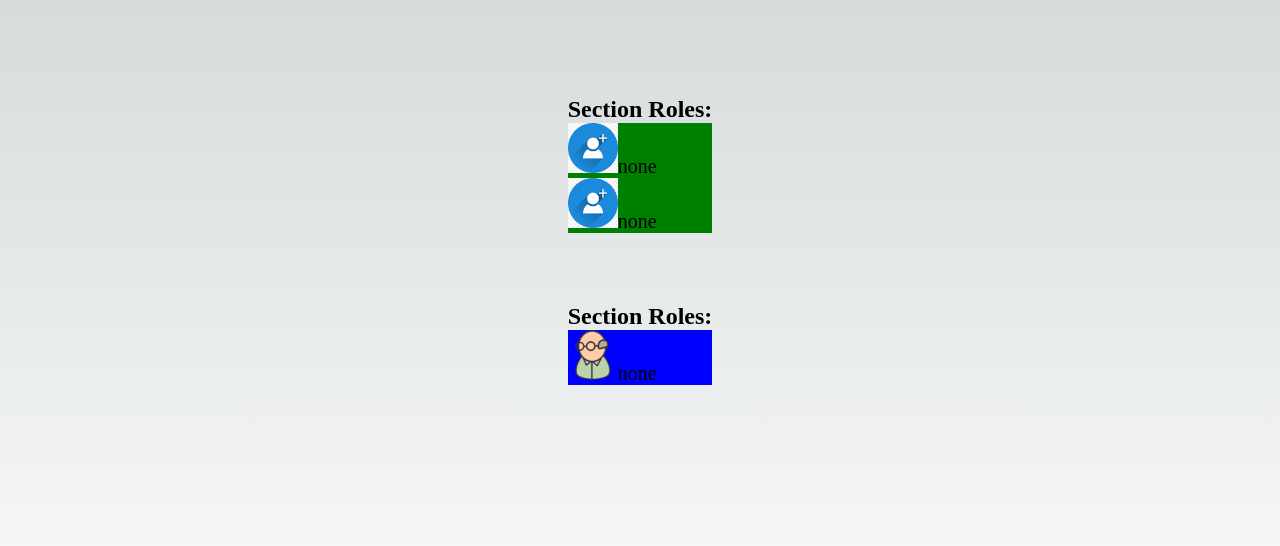
Repository: anikagrewal/week3example
Page: /about
An editor plug-in stored every save of this project. The page is shown before and after the next save, followed by the edit.
The browser window is 1280 px wide. The pictures show the whole page.
The project was rebuilt for these pictures with package versions that can differ from the ones it lists, and the page was loaded fresh each time. The framework's server and built-in components were replaced by stand-ins that run in the browser. Also part of the build but not shown: next.config.js.

Above is the page before, as saved 2023-01-19 12:50:20.

### pages/about.js
import Head from 'next/head'
import Image from 'next/image'
import { Inter } from '@next/font/google'
import styles from '@/styles/Home.module.css'
import data from '../data/workplace.json'
import { useState } from 'react'
import Cardtwo from '../components/Card'

const inter = Inter({ subsets: ['latin'] })

console.log(data);
export default function About() {

    const [details, setDetails] = useState([...data])

    return (
        <>
        <Head>
        <title>About Page</title>
        <meta name="description" content="Generated by create next app" />
        <meta name="viewport" content="width=device-width, initial-scale=1" />
        <link rel="icon" href="/favicon.ico" />
      </Head>
<main className={styles.main}>
<div className={styles.grid}>
<div className={styles.gridlayout}>
<div>
<h2 className={styles.busdeg}>Section Roles: </h2>
{details && details.map((details, workplace) => {
  if(details.section === "Frontend Developer") {
    return (
      <Cardtwo key={workplace} role={details.role} colour="green" font="20px"/>
    )
  }


})}
</div>

<div>
<h2 className={styles.busdeg}>Section Roles: </h2>
{details && details.map((detail, workplace) => {
  if(detail.section === "Graphic Designer") {
    return (
      <Cardtwo key={workplace} role={detail.role} colour="blue" font="20px"/>
    )
  }


})}
</div>

</div>
</div>
</main>
</>
    )
}

### styles/Home.module.css
.main {
  display: flex;
  flex-direction: column;
  justify-content: space-between;
  align-items: center;
  padding: 6rem;
  min-height: 100vh;
}

.description {
  display: inherit;
  justify-content: inherit;
  align-items: inherit;
  font-size: 0.85rem;
  max-width: var(--max-width);
  width: 100%;
  z-index: 2;
  font-family: var(--font-mono);
}

.description a {
  display: flex;
  justify-content: center;
  align-items: center;
  gap: 0.5rem;
}

.description p {
  position: relative;
  margin: 0;
  padding: 1rem;
  background-color: rgba(var(--callout-rgb), 0.5);
  border: 1px solid rgba(var(--callout-border-rgb), 0.3);
  border-radius: var(--border-radius);
}

.code {
  font-weight: 700;
  font-family: var(--font-mono);
}

.grid {
  display: grid;
  grid-template-columns: (4, minmax(25%, auto));
  width: var(--max-width);
  max-width: 100%;
  justify-content: center;
}

.gridlayout {
  display: flex;
  flex-direction: column;
 gap: 70px;
}

.card {
  padding: 1rem 1.2rem;
  border-radius: var(--border-radius);
  background: rgba(var(--card-rgb), 0);
  border: 1px solid rgba(var(--card-border-rgb), 0);
  transition: background 200ms, border 200ms;
}

.card span {
  display: inline-block;
  transition: transform 200ms;
}

.card h2 {
  font-weight: 600;
  margin-bottom: 0.7rem;
}

.card p {
  margin: 0;
  opacity: 0.6;
  font-size: 0.9rem;
  line-height: 1.5;
  max-width: 30ch;
}

.center {
  display: flex;
  justify-content: center;
  align-items: center;
  position: relative;
  padding: 4rem 0;
}

.center::before {
  background: var(--secondary-glow);
  border-radius: 50%;
  width: 480px;
  height: 360px;
  margin-left: -400px;
}

.center::after {
  background: var(--primary-glow);
  width: 240px;
  height: 180px;
  z-index: -1;
}

.center::before,
.center::after {
  content: '';
  left: 50%;
  position: absolute;
  filter: blur(45px);
  transform: translateZ(0);
}

.logo,
.thirteen {
  position: relative;
}

.thirteen {
  display: flex;
  justify-content: center;
  align-items: center;
  width: 75px;
  height: 75px;
  padding: 25px 10px;
  margin-left: 16px;
  transform: translateZ(0);
  border-radius: var(--border-radius);
  overflow: hidden;
  box-shadow: 0px 2px 8px -1px #0000001a;
}

.thirteen::before,
.thirteen::after {
  content: '';
  position: absolute;
  z-index: -1;
}

.busdeg {
  display: flex;
  justify-content: center;
}

.compdeg {
  display: flex;
  justify-content: center;
}

.button {
  width: 150px;
  height: 50px;
  border-radius: 5px;
  font-size: 20px;
}


/* Conic Gradient Animation */
.thirteen::before {
  animation: 6s rotate linear infinite;
  width: 200%;
  height: 200%;
  background: var(--tile-border);
}

/* Inner Square */
.thirteen::after {
  inset: 0;
  padding: 1px;
  border-radius: var(--border-radius);
  background: linear-gradient(
    to bottom right,
    rgba(var(--tile-start-rgb), 1),
    rgba(var(--tile-end-rgb), 1)
  );
  background-clip: content-box;
}

/* Enable hover only on non-touch devices */
@media (hover: hover) and (pointer: fine) {
  .card:hover {
    background: rgba(var(--card-rgb), 0.1);
    border: 1px solid rgba(var(--card-border-rgb), 0.15);
  }

  .card:hover span {
    transform: translateX(4px);
  }
}

@media (prefers-reduced-motion) {
  .thirteen::before {
    animation: none;
  }

  .card:hover span {
    transform: none;
  }
}

/* Mobile */
@media (max-width: 700px) {
  .content {
    padding: 4rem;
  }

  .grid {
    grid-template-columns: 1fr;
    margin-bottom: 120px;
    max-width: 320px;
    text-align: center;
  }

  .card {
    padding: 1rem 2.5rem;
  }

  .card h2 {
    margin-bottom: 0.5rem;
  }

  .center {
    padding: 8rem 0 6rem;
  }

  .center::before {
    transform: none;
    height: 300px;
  }

  .description {
    font-size: 0.8rem;
  }

  .description a {
    padding: 1rem;
  }

  .description p,
  .description div {
    display: flex;
    justify-content: center;
    position: fixed;
    width: 100%;
  }

  .description p {
    align-items: center;
    inset: 0 0 auto;
    padding: 2rem 1rem 1.4rem;
    border-radius: 0;
    border: none;
    border-bottom: 1px solid rgba(var(--callout-border-rgb), 0.25);
    background: linear-gradient(
      to bottom,
      rgba(var(--background-start-rgb), 1),
      rgba(var(--callout-rgb), 0.5)
    );
    background-clip: padding-box;
    backdrop-filter: blur(24px);
  }

  .description div {
    align-items: flex-end;
    pointer-events: none;
    inset: auto 0 0;
    padding: 2rem;
    height: 200px;
    background: linear-gradient(
      to bottom,
      transparent 0%,
      rgb(var(--background-end-rgb)) 40%
    );
    z-index: 1;
  }
}

/* Tablet and Smaller Desktop */
@media (min-width: 701px) and (max-width: 1120px) {
  .grid {
    grid-template-columns: repeat(2, 50%);
  }
}

@media (prefers-color-scheme: dark) {
  .vercelLogo {
    filter: invert(1);
  }

  .logo,
  .thirteen img {
    filter: invert(1) drop-shadow(0 0 0.3rem #ffffff70);
  }
}

@keyframes rotate {
  from {
    transform: rotate(360deg);
  }
  to {
    transform: rotate(0deg);
  }
}

### data/workplace.json
[
    {
    "employeeNumber": "E2345",
    "firstName": "Joe",
    "role": "HTML",
    "position": "Junior",
    "section": "Frontend Developer",
    "startDate": 2021
},
{
    "employeeNumber": "E6789",
    "firstName": "Alice",
    "role": "Next.js",
    "position": "Junior",
    "section": "Frontend Developer",
    "startDate": 2020
},
{
    "employeeNumber": "E1011",
    "firstName": "Jane",
    "role": "Photoshop",
    "position": "Junior",
    "section": "Graphic Designer",
    "startDate": 2022
}
]

### components/Card/index.js
export default function Card({
    degree = "none",
    colour = "purple",
    font = "0",
    image = "icon/personTwo.png"
}) {
    return(
        <div style={{backgroundColor: colour, fontSize:font}}>
            {
                colour === "red" ? <img src={'icon/person.png'} width="50"/> :
                colour === "blue" ? <img src={'icon/personThree.png'} width="50"/>:
                                     <img src={image} width="50"/>
            }
            {degree}
        </div>
    )
}

Loaded but not shown: pages/_app.js (common file); pages/_document.js (common file); styles/globals.css (common file)

After the next save:
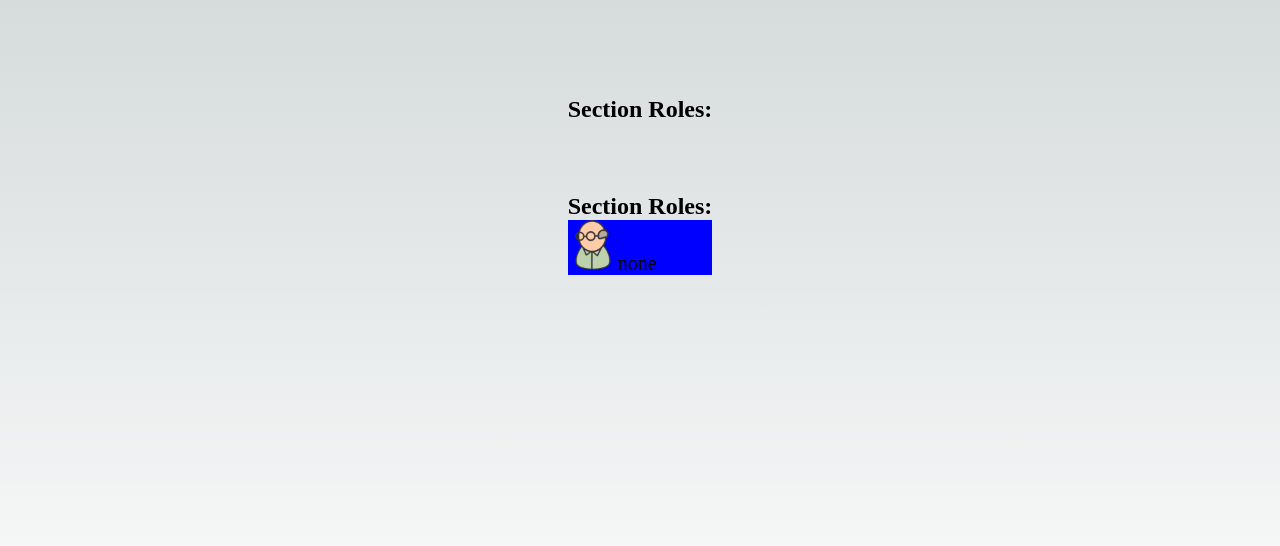
Saved 11 s later.
--- a/pages/about.js
+++ b/pages/about.js
@@ -26,10 +26,10 @@
 <div className={styles.gridlayout}>
 <div>
 <h2 className={styles.busdeg}>Section Roles: </h2>
-{details && details.map((details, workplace) => {
+{details && details.map((detail, workplace) => {
   if(details.section === "Frontend Developer") {
     return (
-      <Cardtwo key={workplace} role={details.role} colour="green" font="20px"/>
+      <Cardtwo key={workplace} role={detail.role} colour="green" font="20px"/>
     )
   }
 

After the save that followed:
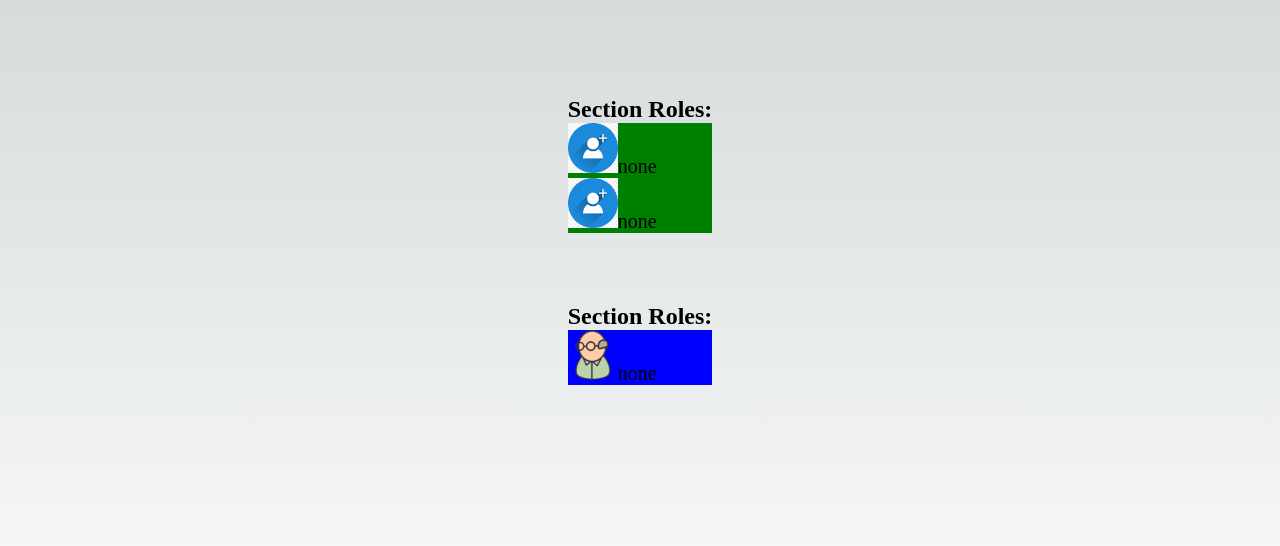
Saved 15 s later.
--- a/pages/about.js
+++ b/pages/about.js
@@ -27,7 +27,7 @@
 <div>
 <h2 className={styles.busdeg}>Section Roles: </h2>
 {details && details.map((detail, workplace) => {
-  if(details.section === "Frontend Developer") {
+  if(detail.section === "Frontend Developer") {
     return (
       <Cardtwo key={workplace} role={detail.role} colour="green" font="20px"/>
     )
